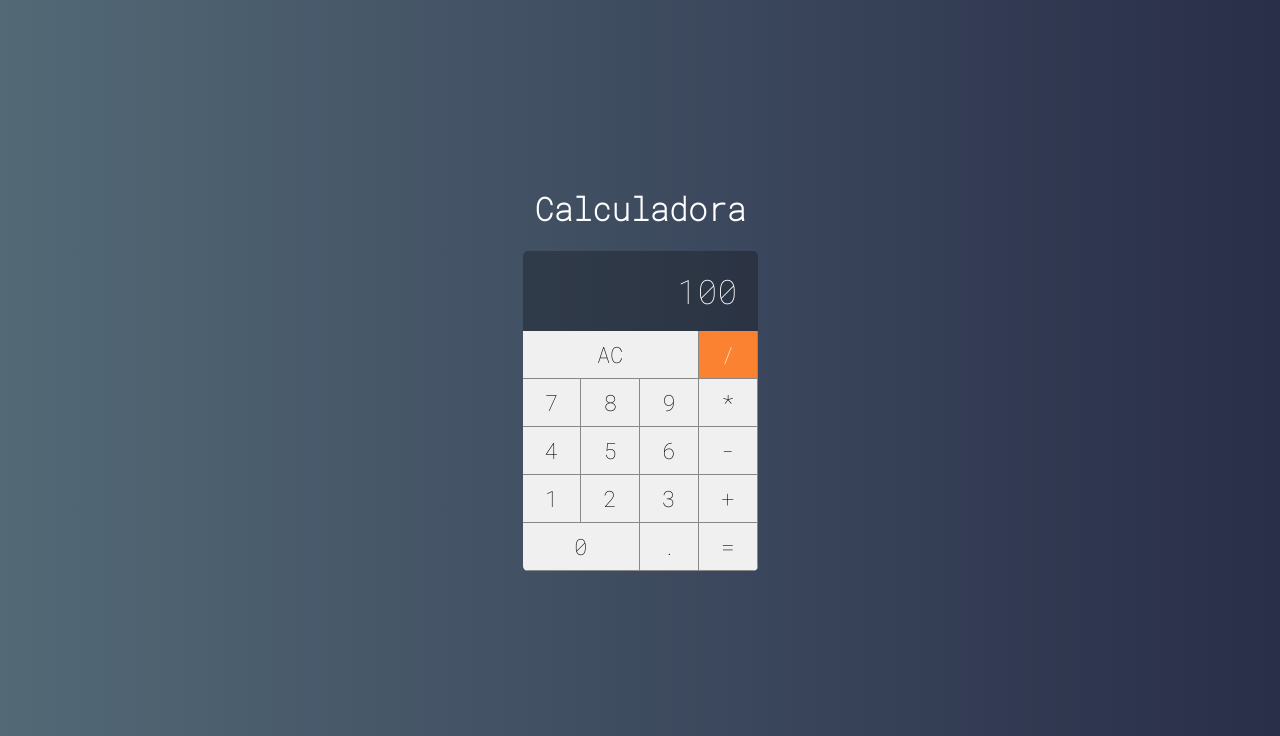
Repository: jean-siqueira/react-calculadora
Page: /
These files come from the project's save history. The page is drawn as it stood at one moment and after the next save; the edit follows.
The browser window is 1280 px wide. The pictures show the whole page.
The project was rebuilt for these pictures with package versions that can differ from the ones it lists, and the page was loaded fresh each time.

Above is the page before, as saved 2023-03-25 13:01:33.

After the next save:
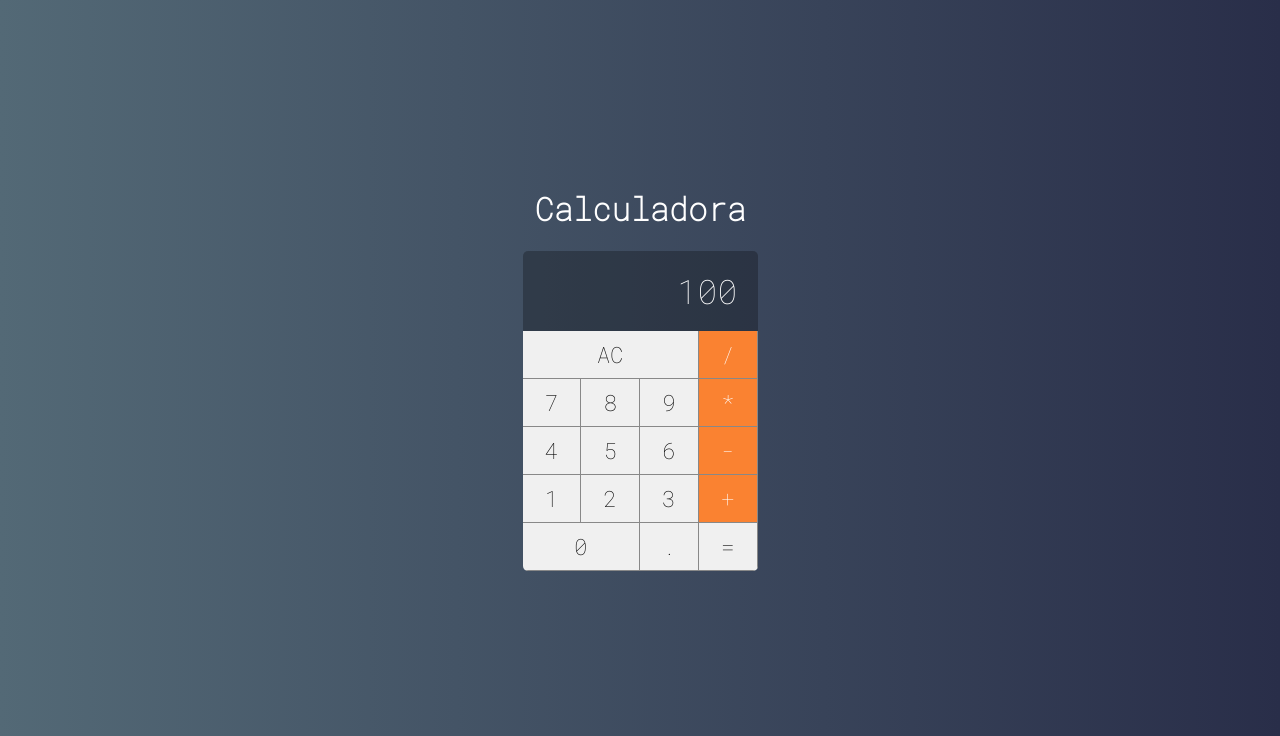
Saved 8 s later.
--- a/src/main/Calculator.jsx
+++ b/src/main/Calculator.jsx
@@ -34,15 +34,15 @@ export default class Calculator extends Component {
         <Button label="7" click={this.addDigit} />
         <Button label="8" click={this.addDigit} />
         <Button label="9" click={this.addDigit} />
-        <Button label="*" click={this.setOperation} />
+        <Button label="*" click={this.setOperation} operation/>
         <Button label="4" click={this.addDigit} />
         <Button label="5" click={this.addDigit} />
         <Button label="6" click={this.addDigit} />
-        <Button label="-" click={this.setOperation} />
+        <Button label="-" click={this.setOperation} operation/>
         <Button label="1" click={this.addDigit} />
         <Button label="2" click={this.addDigit} />
         <Button label="3" click={this.addDigit} />
-        <Button label="+" click={this.setOperation} />
+        <Button label="+" click={this.setOperation} operation/>
         <Button label="0" click={this.addDigit} double/>
         <Button label="." click={this.addDigit} />
         <Button label="=" click={this.setOperation} />
